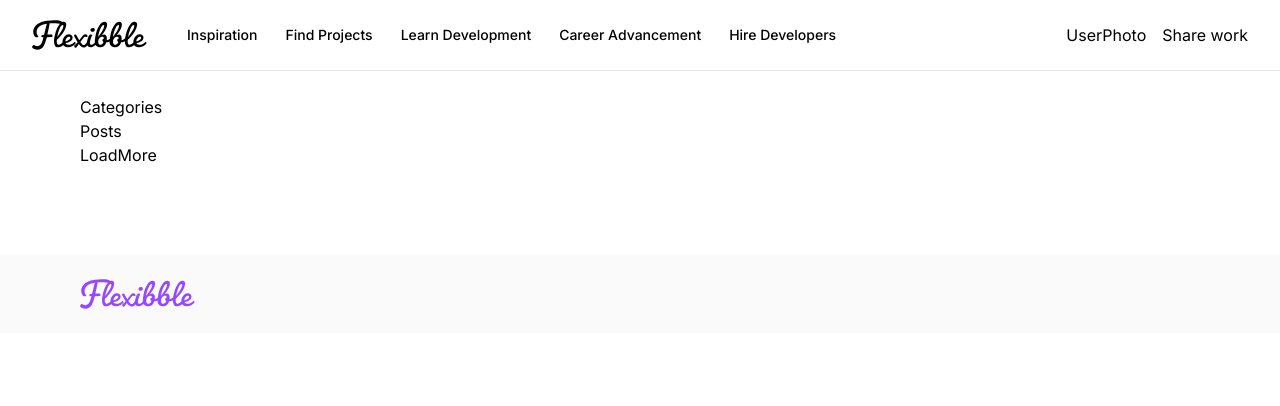
Repository: AmolPawar7181/flexibble
Page: /
An editor plug-in stored every save of this project. The page is shown before and after the next save, followed by the edit.
The browser window is 1280 px wide. The pictures show the whole page.
The project was rebuilt for these pictures with package versions that can differ from the ones it lists, and the page was loaded fresh each time. The framework's server and built-in components were replaced by stand-ins that run in the browser. Also part of the build but not shown: next.config.js, app/components/AuthProviders.tsx.

Above is the page before, as saved 2023-07-11 16:55:05.

After the next save:
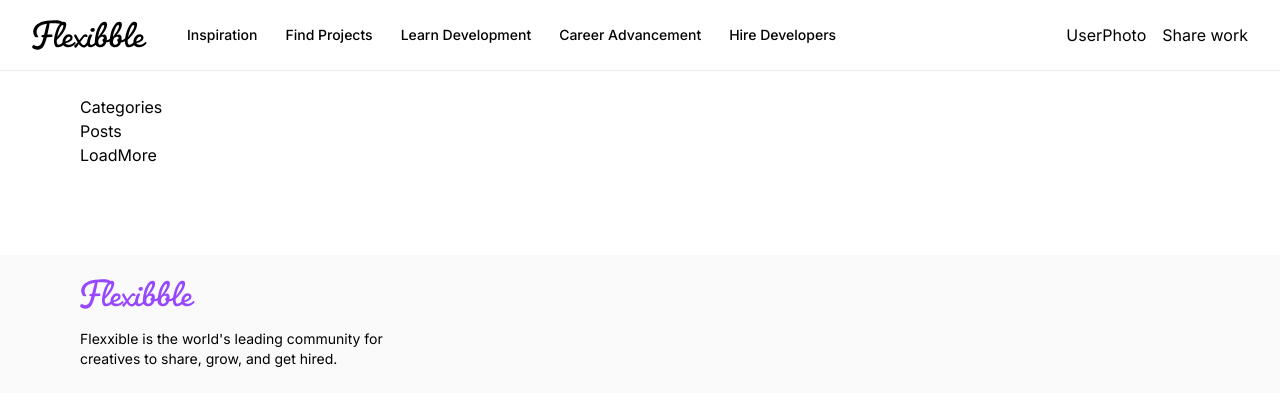
Saved 69 s later.
--- a/app/components/Footer.tsx
+++ b/app/components/Footer.tsx
@@ -12,6 +12,10 @@ const Footer = () => {
 						height={38}
 						alt='Flexxible'
 					/>
+					<p className='text-start text-sm font-normal mt-5 max-w-xs'>
+						Flexxible is the world's leading community for creatives to share,
+						grow, and get hired.
+					</p>
 				</div>
 			</div>
 		</footer>
